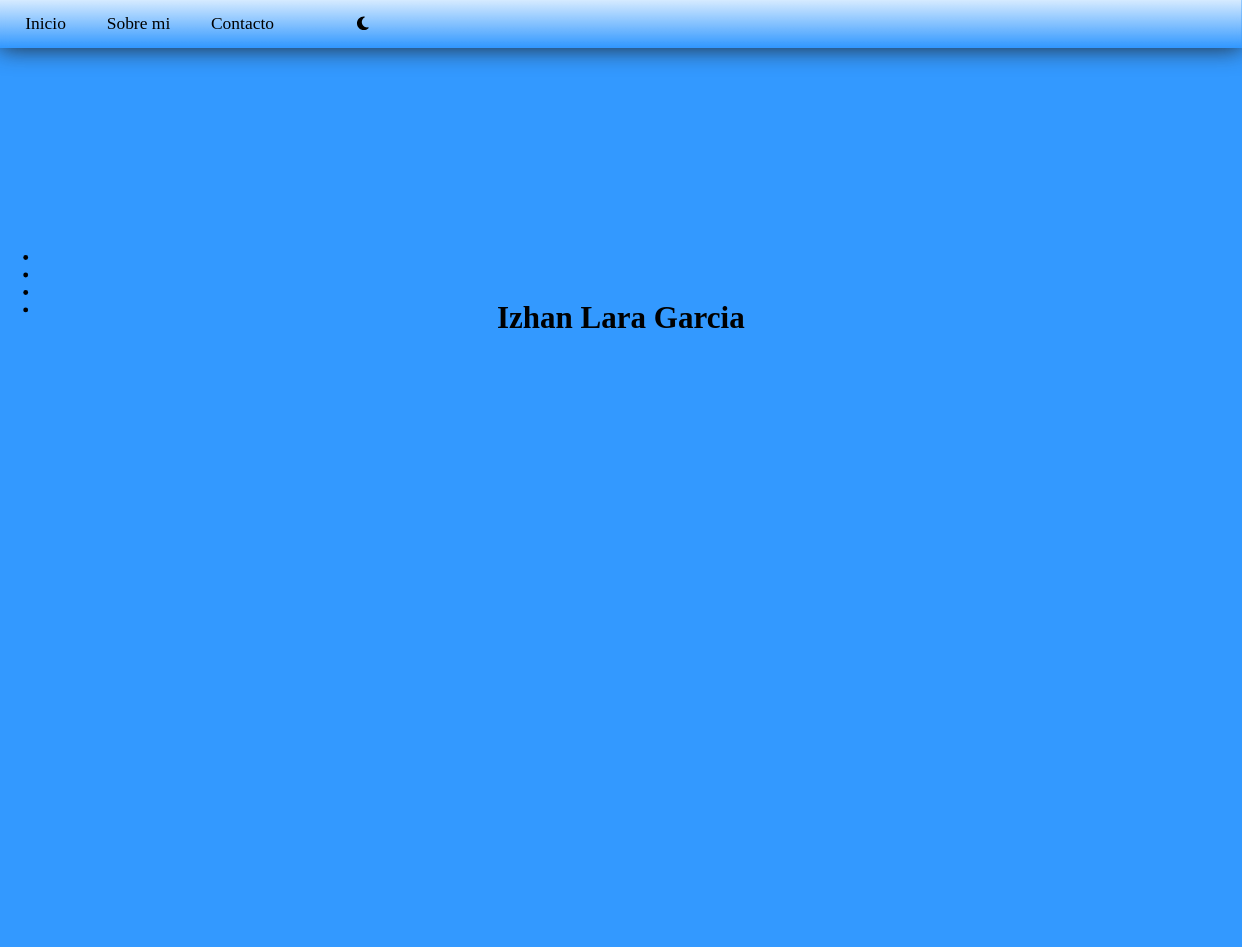
Repository: izhanlaraagarcia/izhanlaraagarcia.github.io
Page: / (app in vite-project/)
These files come from the project's save history. The page is drawn as it stood at one moment and after the next save; the edit follows.
The browser window is 1280 px wide. The pictures show the whole page, at 97% of full size.
The project was rebuilt for these pictures with package versions that can differ from the ones it lists, and the page was loaded fresh each time. Also part of the build but not shown: vite-project/vite.config.js, vite-project/src/pages/About/styles/about.scss, vite-project/src/pages/About/about.jsx, vite-project/src/pages/Contact/contact.jsx.

Above is the page before, as saved 2024-08-19 12:25:03.

### vite-project/index.html
<!doctype html>
<html lang="en">
  <head>
    <meta charset="UTF-8" />
    <meta name="viewport" content="width=device-width, initial-scale=1.0" />
    <title>Izhan Lara Garcia</title>
  </head>
  <body>
    <div id="root"></div>
    <script type="module" src="/src/main.jsx"></script>
  </body>
</html>

### vite-project/src/App.jsx
import React from "react";
import { BrowserRouter as Router, Route, Routes } from "react-router-dom";
import Menu from "./Componentes-Generales/menu.jsx";
import Inicio from "./Home/Inicio.jsx";
import About from "./pages/About/about.jsx";
import Contact from "./pages/Contact/contact.jsx";
import { ThemeProvider } from "./Constants/themaContext.jsx";

import { library } from "@fortawesome/fontawesome-svg-core";
import { fas } from "@fortawesome/free-solid-svg-icons";

library.add(fas);

class App extends React.Component {
  render() {
    return (
      <ThemeProvider>
        <Router>
          <Menu />
          <Routes>
            <Route path="/" element={<Inicio />} />
            <Route path="/sobre-mi" element={<About />} />
            <Route path="/contacto" element={<Contact />} />
          </Routes>
        </Router>
      </ThemeProvider>
    );
  }
}

export default App;

### vite-project/src/index.css
/* :root {
  font-family: Inter, system-ui, Avenir, Helvetica, Arial, sans-serif;
  line-height: 1.5;
  font-weight: 400;

  color-scheme: light dark;
  color: rgba(255, 255, 255, 0.87);
  background-color: #242424;

  font-synthesis: none;
  text-rendering: optimizeLegibility;
  -webkit-font-smoothing: antialiased;
  -moz-osx-font-smoothing: grayscale;
}

a {
  font-weight: 500;
  color: #646cff;
  text-decoration: inherit;
}

a:hover {
  color: #535bf2;
}



h1 {
  font-size: 3.2em;
  line-height: 1.1;
}

button {
  border-radius: 8px;
  border: 1px solid transparent;
  padding: 0.6em 1.2em;
  font-size: 1em;
  font-weight: 500;
  font-family: inherit;
  background-color: #1a1a1a;
  cursor: pointer;
  transition: border-color 0.25s;
}

button:hover {
  border-color: #646cff;
}

button:focus,
button:focus-visible {
  outline: 4px auto -webkit-focus-ring-color;
}

@media (prefers-color-scheme: light) {
  :root {
    color: #213547;
    background-color: #ffffff;
  }

  a:hover {
    color: #747bff;
  }

  button {
    background-color: #f9f9f9;
  }
} */

body {
  right: 0;
  margin: 0%;
  width: 100%;
  margin-top: 20%;
  text-align: center;
  min-width: 320px;
  min-height: 100vh;

}

button {
  border-radius: 8px;
  border: 1px solid transparent;
  padding: 0.6em 1.2em;
  font-size: 1em;
  font-weight: 500;
  font-family: inherit;
  background-color: #1a1a1a;
  cursor: pointer;
  transition: border-color 0.25s;
}

### vite-project/src/Componentes-Generales/menu.jsx
import React from "react";
import { Link } from "react-router-dom";
import "./styles/menu.scss";
import TemaComponent from "./thema";
import { useTheme } from "../Constants/themaContext";

// import { LANGUAGES } from "../Constants/lenguaje";

const Menu = () => {
  const { dark } = useTheme();
  return (
    <header>
      <nav className={`menu ${dark ? 'dark-mode' : 'light-mode'}`}>
        <ul>
          <li>
            <Link to="/">Inicio</Link>
            <i className="fas fa-address-card" aria-hidden="true"></i>
          </li>
          <li>
            <Link to="/sobre-mi">Sobre mi</Link>
          </li>
          <li>
            <Link to="/contacto">Contacto</Link>
          </li>
          <li>
            <TemaComponent />
          </li>
        </ul>
      </nav>
    </header>
  );
};

export default Menu;

### vite-project/src/Home/Inicio.jsx
import React from "react";
import "./Styles/estilos.scss";
import Background from "../Componentes-Generales/background";

import SocialMedia from "../Componentes-Generales/social"

const Inicio = () => {
  return (
    <div className="portfolio">
      <header>
        <h1>Izhan Lara Garcia</h1>
      </header>
      <div className="social-media-container">
        <SocialMedia/>
      </div>
      <Background/>
    </div>
  );
};

export default Inicio;

### vite-project/src/Constants/themaContext.jsx
import React, { createContext, useState, useContext } from "react";

const ThemeContext = createContext();

export const useTheme = () => useContext(ThemeContext);

export const ThemeProvider = ({ children }) => {
  const [dark, setDark] = useState(false);

  const toggleTheme = () => {
    setDark((prevDark) => !prevDark);
  };

  return (
    <ThemeContext.Provider value={{ dark, toggleTheme }}>
      {children}
    </ThemeContext.Provider>
  );
};

### vite-project/src/Componentes-Generales/styles/menu.scss
/* src/Componentes-Generales/styles/menu.css */

nav {
  top: 0;
  right: 0;
  margin: 0;
  padding: 0;
  position: fixed;
  width: 100%;
  background: linear-gradient(to bottom, rgba(255, 255, 255, 0.8), rgba(255, 255, 255, 0)) no-repeat;
  backdrop-filter: blur(5px);
  box-shadow: 0px 0px 25px #222;
  z-index: 10;

}

nav ul {
  list-style-type: none;
  padding: 0;
  margin: 0;
  display: flex;
  align-items: center;
}

nav li {
  margin-left: 10px;
}

nav a {
  display: flex;
  align-items: center;
  text-align: center;
  padding: 14px 16px;
  text-decoration: none;
  font-size: 18px;
  color: inherit;
  position: relative;
  overflow: hidden;
  transition: color 0.3s;
}

nav a:hover {
  color: #00aaff;
}

.fa-icon {
  margin-left: 8px;
}

.light-mode {
  color: black;
}

.dark-mode {
  color: white;
}

body {
  transition: background-color 0.5s, color 0.5s;
}

#tema {
  margin-left: 10px;
}

### vite-project/src/Componentes-Generales/thema.jsx
// TemaComponent.jsx
import React from "react";
import { FontAwesomeIcon } from "@fortawesome/react-fontawesome";
import { faSun, faMoon } from "@fortawesome/free-solid-svg-icons";
import { useTheme } from "../Constants/themaContext"; // Asegúrate de importar correctamente

const TemaComponent = () => {
  const { dark, toggleTheme } = useTheme();

  const handleClick = () => {
    toggleTheme();
    if (dark) {
      document.body.style.backgroundColor = "white";
      document.body.classList.remove("dark-mode");
      document.body.classList.add("light-mode");
    } else {
      document.body.style.backgroundColor = "black";
      document.body.classList.remove("light-mode");
      document.body.classList.add("dark-mode");
    }
  };

  return (
    <button
      id="tema"
      style={{
        cursor: "pointer",
        background: "none",
        border: "none",
        outline: "none",
        marginLeft: "80%",
      }}
      onClick={handleClick}
      aria-label={dark ? "Cambiar al modo claro" : "Cambiar al modo oscuro"}
    >
      <FontAwesomeIcon
        icon={dark ? faSun : faMoon}
        style={{ color: dark ? "white" : "inherit" }}
      />
    </button>
  );
};

export default TemaComponent;

### vite-project/src/Home/Styles/estilos.scss
h1{
  position: absolute;
  top: 40%; right: 0; left: 0; bottom: 0;

}

### vite-project/src/Componentes-Generales/background.jsx
import React from "react";
import "./styles/background.scss";

class Background extends React.Component {
  render() {
    return (
      <div></div>
    );
  }
}

export default Background;

### vite-project/src/Componentes-Generales/social.jsx
import React from 'react';

import "./styles/timelinecss.scss"

const SocialMedia = () => {
  return (
    <div className="social-media-container">
      <ul>
        <li>
          <a href="https://www.linkedin.com/in/izhan-lara-garcia/" target="_blank" rel="noopener noreferrer">
            <i className="fab fa-linkedin-in" />
          </a>
        </li>
        <li>
          <a href="https://github.com/izhanlg" target="_blank" rel="noopener noreferrer">
            <i className="fab fa-github" />
          </a>
        </li>
        <li>
          <a href="https://twitter.com/izhanlg" target="_blank" rel="noopener noreferrer">
            <i className="fab fa-twitter" />
          </a>
        </li>
        <li>
          <a href="https://www.instagram.com/izhanlg/" target="_blank" rel="noopener noreferrer">
            <i className="fab fa-instagram" />
          </a>
        </li>
        {/* Agrega más redes sociales aquí */}
      </ul>
    </div>
  );
};

export default SocialMedia;

### vite-project/src/Componentes-Generales/styles/background.scss
body{
  background: #3399ff;
}


.circle{
  position: absolute;
  border-radius: 50%;
  background: white;
  animation: ripple 15s infinite;
  box-shadow: 0px 0px 1px 0px #508fb9;
}

.small{
  width: 200px;
  height: 200px;
  left: -100px;
  bottom: -100px;
}

.medium{
  width: 400px;
  height: 400px;
  left: -200px;
  bottom: -200px;
}

.large{
  width: 600px;
  height: 600px;
  left: -300px;
  bottom: -300px;
}

.xlarge{
  width: 800px;
  height: 800px;
  left: -400px;
  bottom: -400px;
}

.xxlarge{
  width: 1000px;
  height: 1000px;
  left: -500px;
  bottom: -500px;
}

.shade1{
  opacity: 0.2;
}
.shade2{
  opacity: 0.5;
}

.shade3{
  opacity: 0.7;
}

.shade4{
  opacity: 0.8;
}

.shade5{
  opacity: 0.9;
}

@keyframes ripple{
  0%{
    transform: scale(0.8);
  }

  50%{
    transform: scale(1.2);
  }

  100%{
    transform: scale(0.8);
  }
}

### vite-project/src/Componentes-Generales/styles/timelinecss.scss
.social-media-container{
    margin-top: 20%;
}

Loaded but not shown: vite-project/src/main.jsx (common file)

After the next save:
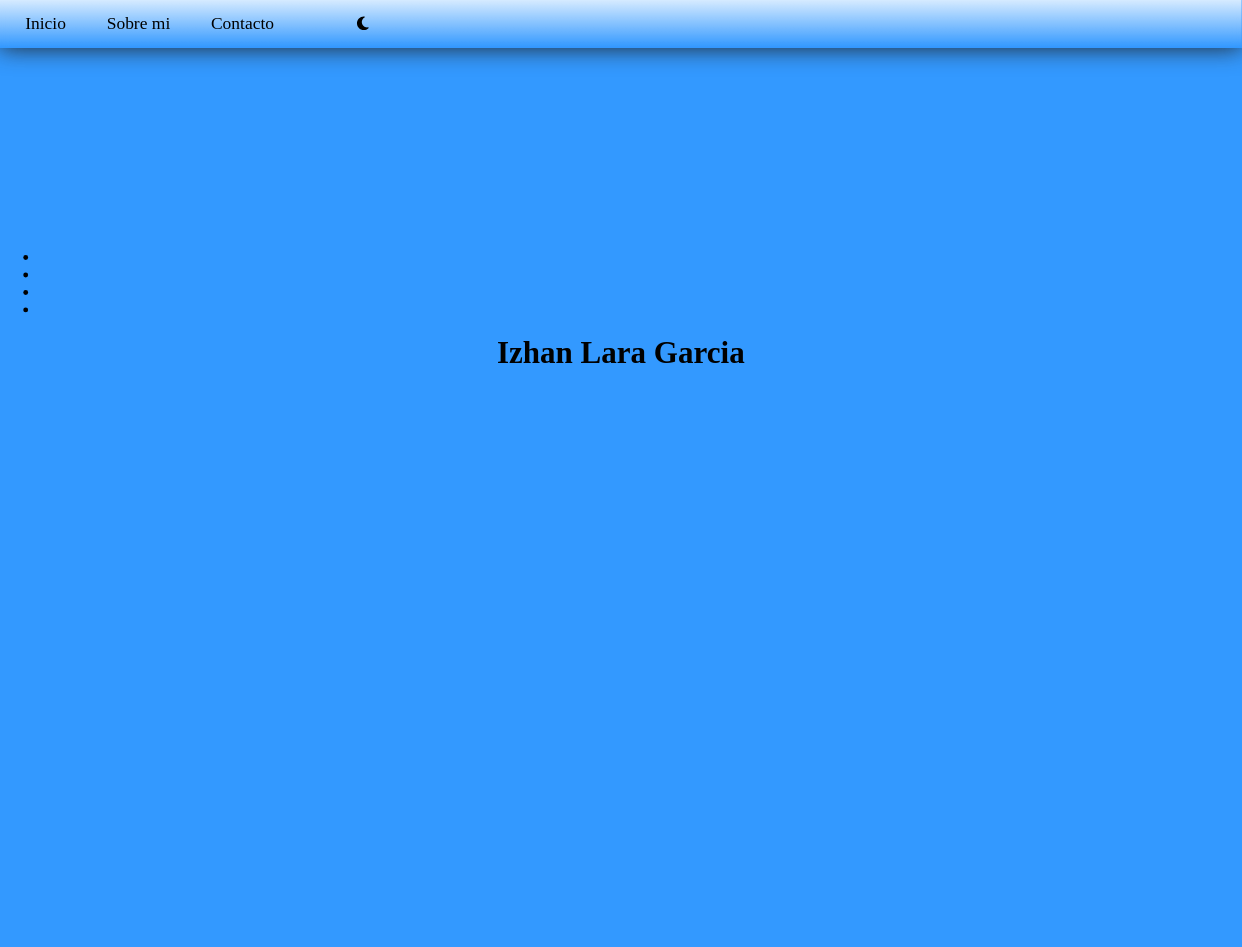
Saved 4 s later.
--- a/vite-project/src/Home/Styles/estilos.scss
+++ b/vite-project/src/Home/Styles/estilos.scss
@@ -1,5 +1,5 @@
 h1{
   position: absolute;
-  top: 40%; right: 0; left: 0; bottom: 0;
+  top: 45%; right: 0; left: 0; bottom: 0;
 
 }
